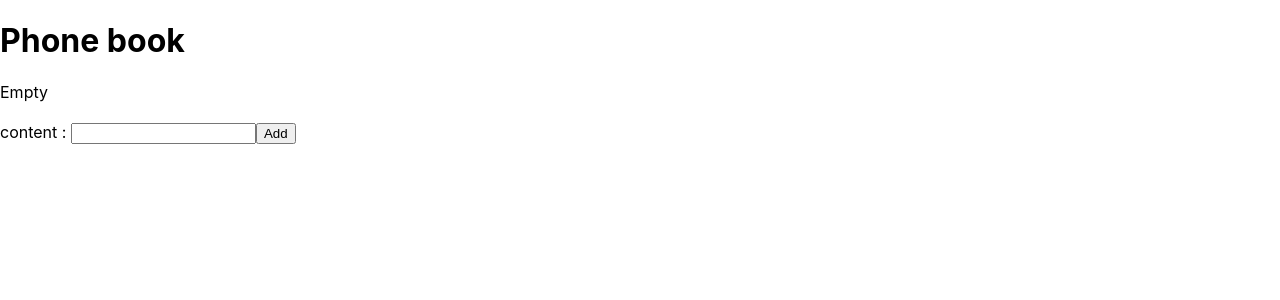
Repository: Marwa-Medhat/ReactJS-Labs
Page: /todolist (app in myapp/)
These files come from the project's save history. The page is drawn as it stood at one moment and after a run of saves; the edit follows.
The browser window is 1280 px wide. The pictures show the whole page.
The project was rebuilt for these pictures with package versions that can differ from the ones it lists, and the page was loaded fresh each time.

Above is the page before, as saved 2021-04-28 17:37:54.

After the next 2 saves:
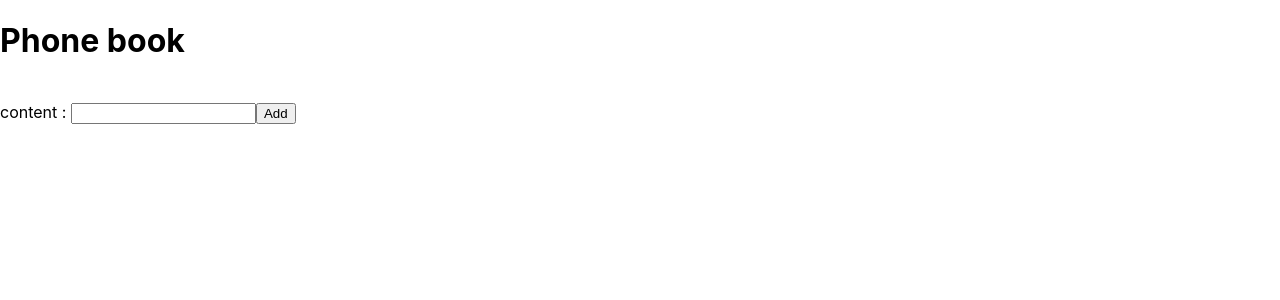
The 2 saves are shown as one change because 1 did not build or start.
The last was saved 81 s later.
--- a/myapp/src/App2.js
+++ b/myapp/src/App2.js
@@ -30,7 +30,7 @@ class App extends React.Component{
     render(){
         return <div>
             <h1>Phone book</h1>
-            <DisplayContacts contacts={this.state.contacts} />
+            {/* <DisplayContacts contacts={this.state.contacts} /> */}
             <AddContact addContact={this.addContact} />
         </div>
     }
@@ -43,10 +43,8 @@ class AddContact extends React.Component{
     constructor(props){
         super();
         this.state={
-            name:"",
-            phone:"",
-            email:"",
-            error:""
+            content:"",
+
         }
     }
 
@@ -69,29 +67,29 @@ class AddContact extends React.Component{
 }
 
 
-class DisplayContacts extends React.Component{
-    render(){
-        return <div>
-            {this.props.contacts.length > 0 ?this.props.contacts.map((item)=>{
-                return <DisplayContact contact={item} key={item.phone} />
-            }):"Empty"}
-        </div>
-    }
-}
+// class DisplayContacts extends React.Component{
+//     render(){
+//         return <div>
+//             {this.props.contacts.length > 0 ?this.props.contacts.map((item)=>{
+//                 return <DisplayContact contact={item} key={item.phone} />
+//             }):"Empty"}
+//         </div>
+//     }
+// }
 
-DisplayContacts.defaultProps={
-    contacts:[]
-}
+// DisplayContacts.defaultProps={
+//     contacts:[]
+// }
 
-class DisplayContact extends React.Component{
-    render(){
-        return <div>
-            Name : {this.props.contact.name} <br/>
-            Email : {this.props.contact.email} <br/>
-            Phone : <a href={"tel:"+this.props.contact.phone}>{this.props.contact.phone}</a> <hr/>
-        </div>
-    }
-}
+// class DisplayContact extends React.Component{
+//     render(){
+//         return <div>
+//             Name : {this.props.contact.name} <br/>
+//             Email : {this.props.contact.email} <br/>
+//             Phone : <a href={"tel:"+this.props.contact.phone}>{this.props.contact.phone}</a> <hr/>
+//         </div>
+//     }
+// }
 
 
 export default App;
